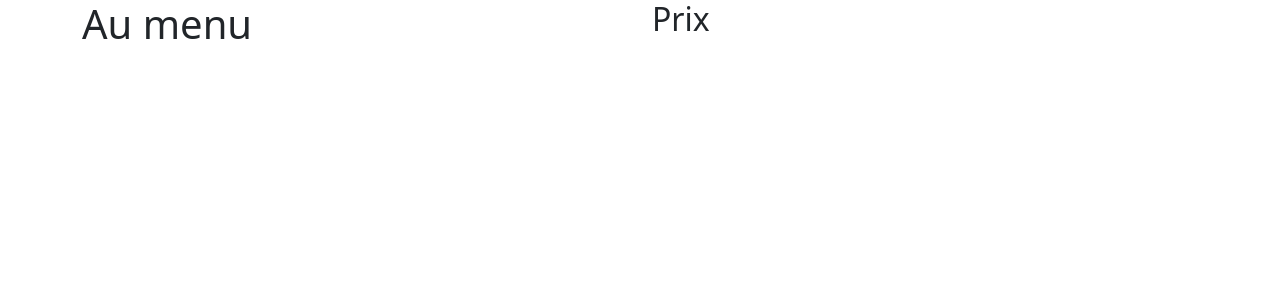
Repository: feyroozecode/meta_backed_dev_coursera
Page: intro-boostrape/index.html
These files come from the project's save history. The page is drawn as it stood at one moment and after a run of saves; the edit follows.
The browser window is 1280 px wide. The pictures show the whole page.

Above is the page before, as saved 2023-07-06 15:20:06.

### intro-boostrape/index.html
<!DOCTYPE html>
<html lang="en">
<head>
    <meta charset="UTF-8">
    <meta name="viewport" content="width=device-width, initial-scale=1.0">
    <link href="https://cdn.jsdelivr.net/npm/bootstrap@5.2.3/dist/css/bootstrap.min.css" rel="stylesheet"  />
    <title>Intro Boostrap</title>
</head>
<body>

<div>

    <div  class="container bg-center m">
        <div class="row">
            <div class="col">
                <h1>Au menu</h1>
            </div>
            <div class="col">
                <h2>
                    Prix
                </h2>
            </div>
        </div>
    </div>

</div>


    <script src="https://cdn.jsdelivr.net/npm/bootstrap@5.2.3/dist/js/bootstrap.min.js" integrity="sha384-cuYeSxntonz0PPNlHhBs68uyIAVpIIOZZ5JqeqvYYIcEL727kskC66kF92t6Xl2V" crossorigin="anonymous"></script>

</body>
</html>

After the next 2 saves:
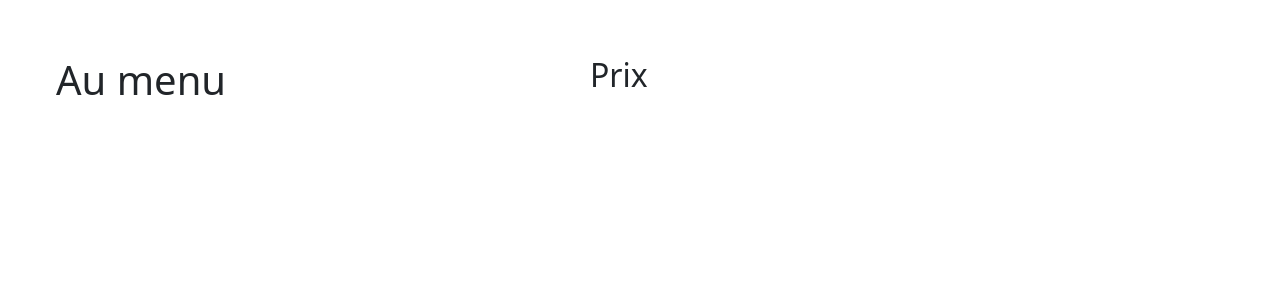
The 2 saves are shown as one change because they came seconds apart.
The last was saved 6 s later.
--- a/intro-boostrape/index.html
+++ b/intro-boostrape/index.html
@@ -10,7 +10,7 @@
 
 <div>
 
-    <div  class="container bg-center m">
+    <div  class="container bg-center m-2 p-5">
         <div class="row">
             <div class="col">
                 <h1>Au menu</h1>
